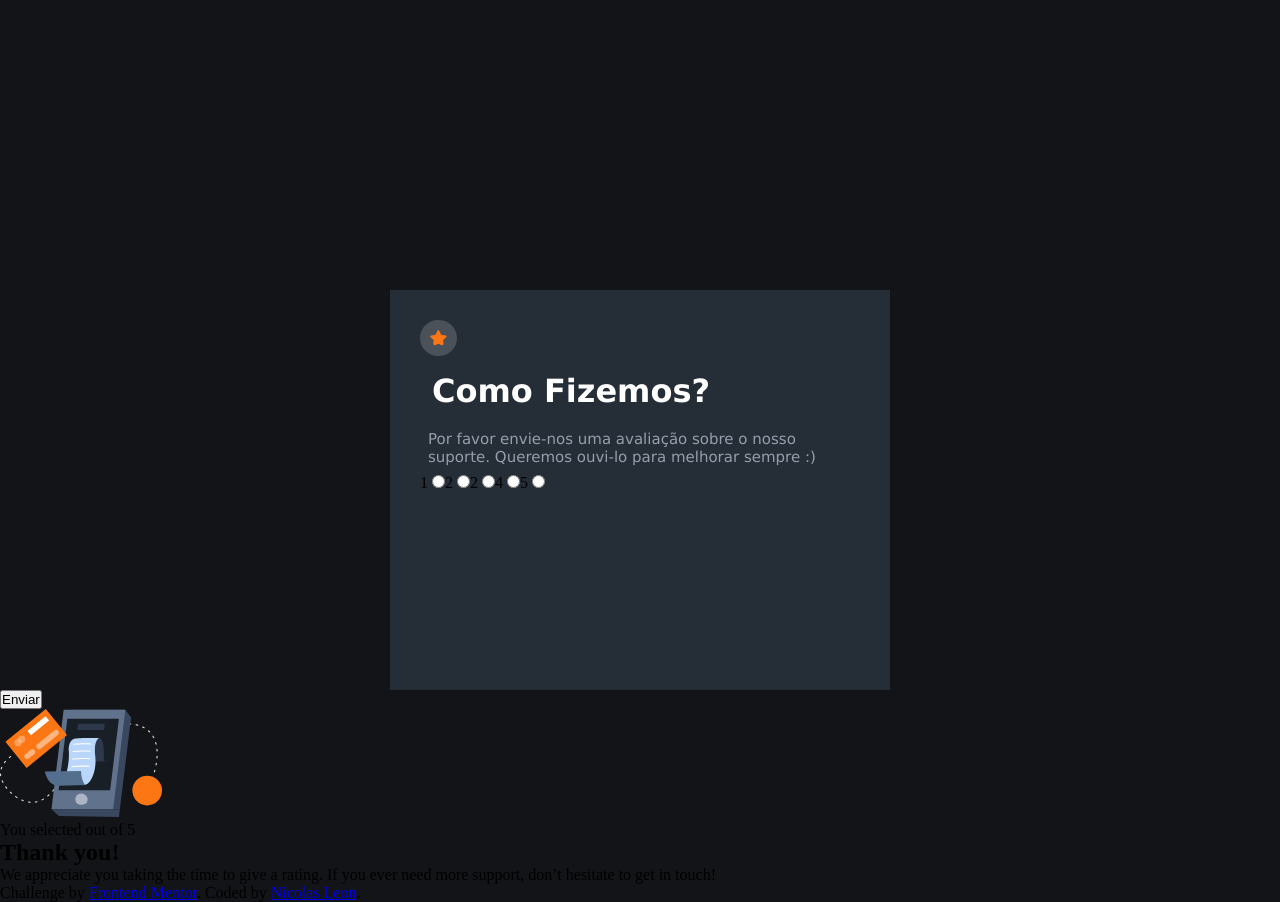
Repository: Leonngc/projeto-avaliacao
Page: index.html
The author's editor kept a copy of each file at every save. The page is drawn from the files as they stood at one save, then again after the next save.
The browser window is 1280 px wide. The pictures show the whole page.

Above is the page before, as saved 2023-01-29 20:43:28.
Console error: SyntaxError: Unexpected token ')'

After the next save:
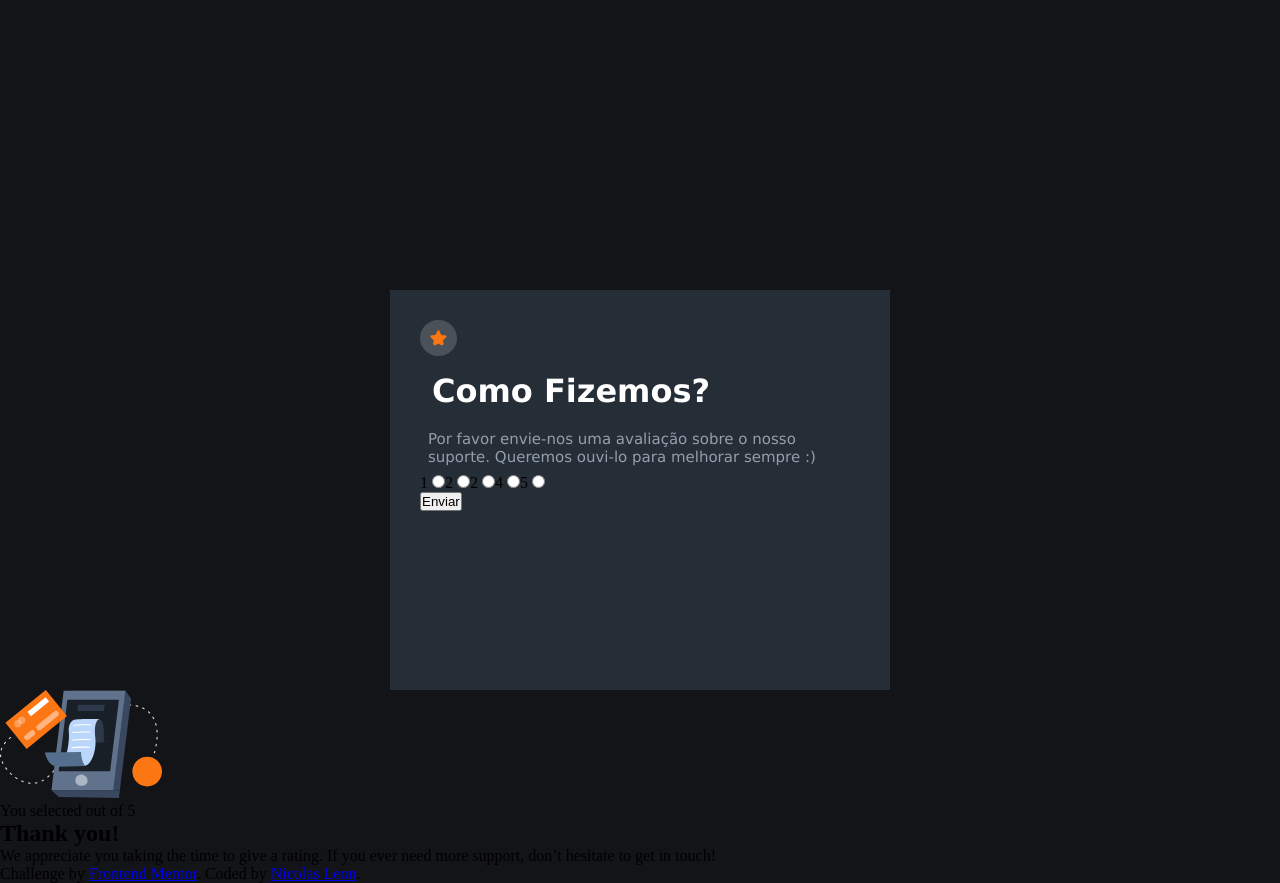
Saved 2 min 48 s later.
--- a/index.html
+++ b/index.html
@@ -40,9 +40,9 @@
         <div>
           <label for="ratting-five">5</label> <input type="radio" class="ratting-btn" id="ratting-five" name="ratting">
         </div>
-            </div>
+            </div><input type="submit" value="Enviar" onclick="sent()" id="">
       </div>
-       <input type="submit" value="Enviar" onclick="sent()" id="">
+
   </form>
 
   <!-- Rating state end -->
